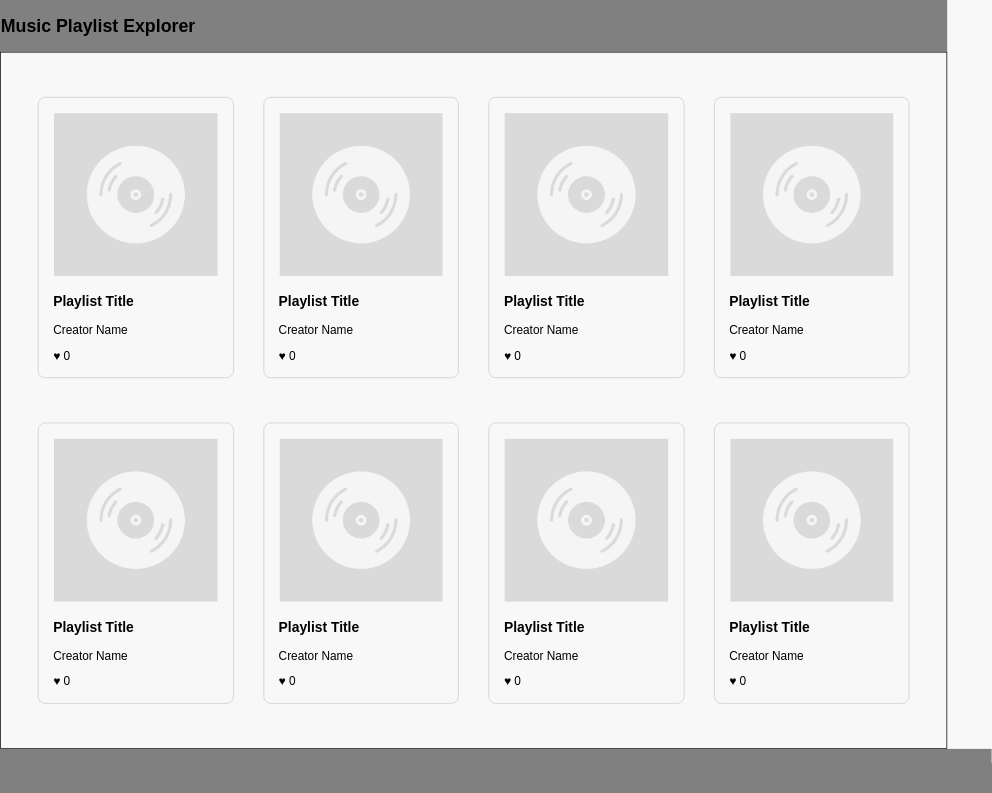
Repository: valentinaarojas/music-player-explorer
Page: index.html
The author's editor kept a copy of each file at every save. The page is drawn from the files as they stood at one save, then again after the next save.
The browser window is 1280 px wide. The page is 1340 px wide, so the pictures cover 1340 px, including what lies to the right of the window. The pictures show the whole page, at 74% of full size.

Above is the page before, as saved 2025-02-19 18:33:26.

### index.html
<!DOCTYPE html>
<html lang="en">
<head>
    <meta charset="UTF-8">
    <meta name="viewport" content="width=device-width, initial-scale=1.0">

    <title>Music Playlist Explorer</title>
    <link rel="icon" type="image/x-icon" href="/images/favicon.ico">

    <link rel="stylesheet" href="style.css">
</head>
<body>
    <header>
        <!-- Your header content here -->
        <div class="banner">
            <h2>Music Playlist Explorer</h2>
        </div>
    </header>

    <main>
        <!-- Your main content here -->
        <div class="playlist-cards">
            <!-- card 1 -->
            <div class="playlist-card">
                <div class="playlist-cover">
                    <img src="assets/img/playlist.png" alt="placeholder" style="width: 100%">
                </div>
                <div class="playlist-info">
                    <h3 class="playlist-title">Playlist Title</h3>
                    <p class="creator-info">Creator Name</p>
                    <div class="like-count">
                        <span>♥</span>
                        <span>0</span>
                    </div>
                </div>
            </div>
            <!-- card 2 -->
            <div class="playlist-card">
                <div class="playlist-cover">
                    <img src="assets/img/playlist.png" alt="placeholder" style="width: 100%">
                </div>
                <div class="playlist-info">
                    <h3 class="playlist-title">Playlist Title</h3>
                    <p class="creator-info">Creator Name</p>
                    <div class="like-count">
                        <span>♥</span>
                        <span>0</span>
                    </div>
                </div>
            </div>
            <!-- card 3 -->
            <div class="playlist-card">
                <div class="playlist-cover">
                    <img src="assets/img/playlist.png" alt="placeholder" style="width: 100%">
                </div>
                <div class="playlist-info">
                    <h3 class="playlist-title">Playlist Title</h3>
                    <p class="creator-info">Creator Name</p>
                    <div class="like-count">
                        <span>♥</span>
                        <span>0</span>
                    </div>
                </div>
            </div>
            <!-- card 4 -->
            <div class="playlist-card">
                <div class="playlist-cover">
                    <img src="assets/img/playlist.png" alt="placeholder" style="width: 100%">
                </div>
                <div class="playlist-info">
                    <h3 class="playlist-title">Playlist Title</h3>
                    <p class="creator-info">Creator Name</p>
                    <div class="like-count">
                        <span>♥</span>
                        <span>0</span>
                    </div>
                </div>
            </div>
            <!-- card 5 -->
            <div class="playlist-card">
                <div class="playlist-cover">
                    <img src="assets/img/playlist.png" alt="placeholder" style="width: 100%">
                </div>
                <div class="playlist-info">
                    <h3 class="playlist-title">Playlist Title</h3>
                    <p class="creator-info">Creator Name</p>
                    <div class="like-count">
                        <span>♥</span>
                        <span>0</span>
                    </div>
                </div>
            </div>
            <!-- card 6 -->
            <div class="playlist-card">
                <div class="playlist-cover">
                    <img src="assets/img/playlist.png" alt="placeholder" style="width: 100%">
                </div>
                <div class="playlist-info">
                    <h3 class="playlist-title">Playlist Title</h3>
                    <p class="creator-info">Creator Name</p>
                    <div class="like-count">
                        <span>♥</span>
                        <span>0</span>
                    </div>
                </div>
            </div>
             <!-- card 7 -->
             <div class="playlist-card">
                <div class="playlist-cover">
                    <img src="assets/img/playlist.png" alt="placeholder" style="width: 100%">
                </div>
                <div class="playlist-info">
                    <h3 class="playlist-title">Playlist Title</h3>
                    <p class="creator-info">Creator Name</p>
                    <div class="like-count">
                        <span>♥</span>
                        <span>0</span>
                    </div>
                </div>
            </div>
             <!-- card 8 -->
             <div class="playlist-card">
                <div class="playlist-cover">
                    <img src="assets/img/playlist.png" alt="placeholder" style="width: 100%">
                </div>
                <div class="playlist-info">
                    <h3 class="playlist-title">Playlist Title</h3>
                    <p class="creator-info">Creator Name</p>
                    <div class="like-count">
                        <span>♥</span>
                        <span>0</span>
                    </div>
                </div>
            </div>
        </div>
    </main>

    <!-- modal structure -->
    <div class="modal-overlay">
        <div class="modal-content">
            <span class="close">&times;</span>
            <img id="modal-playlist-image" src="" alt="Playlist Cover">
            <h1 id="modal-playlist-title">Playlist Title</h1>
            <p id="modal-creator-name">Creator Name</p>
            <div id="songs-list">
                <!-- songs will be dynamically inserted here -->
            </div>
        </div>
    </div>

    <footer>
        <!-- Your footer content here -->
    </footer>
    <script src="data/data.js"></script>
    <script src="script.js"></script>
</body>
</html>

### style.css
body {
    font-family: 'Arial', sans-serif;
    margin: 0;
    left: 0;
    right: 0;
    padding: 0;
    background-color: #f8f8f8;
    width: 100%;
}

.banner {
    background-color: grey;
    padding: 1px;
}

.playlist-cards {
    display: grid;
    grid-template-columns: repeat(4, 1fr);
    padding: 30px;
    border: 1px solid rgb(0, 0, 0);
}

.playlist-card {
    padding: 20px;
    margin: 30px 20px;
    border-radius: 10px;
    border: 1px solid #ccc;
}

.playlist-cover {
    padding: 1px;
}

.modal-overlay {
    display: none; /* Hidden by default */
    position: fixed; /* Stay in place */
    z-index: 1; /* Sit on top */
    left: 0;
    top: 0;
    width: 100%; /* Full width */
    height: 100%; /* Full height */
    overflow: auto; /* Enable scroll if needed */
    background-color: rgba(0,0,0,0.4); /* Black w/ opacity */
 }
 .modal-content {
    background-color: #fefefe;
    margin: 15% auto; /* 15% from the top and centered */
    padding: 10px;
    border: 1px solid #888;
    width: 80%; /* Could be more or less, depending on screen size */
 }
 .close {
    color: #aaa;
    float: right;
    font-size: 28px;
    font-weight: bold;
 }
 .close:hover,
 .close:focus {
    color: black;
    text-decoration: none;
    cursor: pointer;
 }

footer {
    background-color: grey;
    padding: 30px;
    width: 100%;
}

### data/data.js
let data = { "playlists": [
    {
      "playlistID": 0,
      "playlist_name": "Late Night Drive",
      "playlist_creator": "Melody Maven",
      "playlist_art": "https://picsum.photos/id/36/200",
      "likeCount": 0,
      "songs": [
        {
          "songID": 0,
          "title": "Nightcall",
          "artist": "Kavinsky",
          "album": "Nightcall",
          "cover_art": "https://picsum.photos/id/43/200",
          "duration": "4:18"
        },
        {
          "songID": 1,
          "title": "Drive",
          "artist": "The Cars",
          "album": "Heartbeat City",
          "cover_art": "https://picsum.photos/id/45/200",
          "duration": "3:55"
        },
        {
          "songID": 2,
          "title": "Cruisin'",
          "artist": "Smokey Robinson",
          "album": "One Heartbeat",
          "cover_art": "https://picsum.photos/id/88/200",
          "duration": "4:30"
        },
        {
          "songID": 3,
          "title": "Night Moves",
          "artist": "Bob Seger",
          "album": "Night Moves",
          "cover_art": "https://picsum.photos/id/84/200",
          "duration": "5:25"
        },
        {
          "songID": 4,
          "title": "Moonlight Drive",
          "artist": "The Doors",
          "album": "Strange Days",
          "cover_art": "https://picsum.photos/id/122/200",
          "duration": "3:04"
        }
      ]
    },
    {
      "playlistID": 1,
      "playlist_name": "That Summer '16 Feeling",
      "playlist_creator": "Groove Guardian",
      "playlist_art": "https://picsum.photos/id/117/200",
      "likeCount": 10,
      "songs": [
        {
          "songID": 5,
          "title": "One Dance",
          "artist": "Drake",
          "album": "Views",
          "cover_art": "https://picsum.photos/id/21/200",
          "duration": "2:53"
        },
        {
          "songID": 6,
          "title": "Cheap Thrills",
          "artist": "Sia",
          "album": "This Is Acting",
          "cover_art": "https://picsum.photos/id/56/200",
          "duration": "3:31"
        },
        {
          "songID": 7,
          "title": "Don't Let Me Down",
          "artist": "The Chainsmokers ft. Daya",
          "album": "Collage",
          "cover_art": "https://picsum.photos/id/145/200",
          "duration": "3:28"
        },
        {
          "songID": 8,
          "title": "This Is What You Came For",
          "artist": "Calvin Harris ft. Rihanna",
          "album": "This Is What You Came For",
          "cover_art": "https://picsum.photos/id/160/200",
          "duration": "3:42"
        },
        {
          "songID": 9,
          "title": "Ride",
          "artist": "Twenty One Pilots",
          "album": "Blurryface",
          "cover_art": "https://picsum.photos/id/133/200",
          "duration": "3:34"
        }
      ]
    },
    {
      "playlistID": 2,
      "playlist_name": "Workout Beats",
      "playlist_creator": "Harmony Herald",
      "playlist_art": "https://picsum.photos/id/1077/200",
      "likeCount": 2,
      "songs": [
        {
          "songID": 10,
          "title": "Eye of the Tiger",
          "artist": "Survivor",
          "album": "Eye of the Tiger",
          "cover_art": "https://picsum.photos/id/593/200",
          "duration": "4:05"
        },
        {
          "songID": 11,
          "title": "Stronger",
          "artist": "Kanye West",
          "album": "Graduation",
          "cover_art": "https://picsum.photos/id/169/200",
          "duration": "5:12"
        },
        {
          "songID": 12,
          "title": "Lose Yourself",
          "artist": "Eminem",
          "album": "8 Mile Soundtrack",
          "cover_art": "https://picsum.photos/id/171/200",
          "duration": "5:26"
        },
        {
          "songID": 13,
          "title": "Uptown Funk",
          "artist": "Mark Ronson ft. Bruno Mars",
          "album": "Uptown Special",
          "cover_art": "https://picsum.photos/id/274/200",
          "duration": "4:30"
        },
        {
          "songID": 14,
          "title": "Can't Stop the Feeling!",
          "artist": "Justin Timberlake",
          "album": "Trolls (Original Motion Picture Soundtrack)",
          "cover_art": "https://picsum.photos/id/304/200",
          "duration": "3:56"
        }
      ]
    },
    {
      "playlistID": 3,
      "playlist_name": "Road Trip Anthems",
      "playlist_creator": "Playlist Pioneer",
      "playlist_art": "https://picsum.photos/id/314/200",
      "likeCount": 5,
      "songs": [
        {
          "songID": 15,
          "title": "Life Is a Highway",
          "artist": "Tom Cochrane",
          "album": "Mad Mad World",
          "cover_art": "https://picsum.photos/id/352/200",
          "duration": "4:26"
        },
        {
          "songID": 16,
          "title": "Born to Run",
          "artist": "Bruce Springsteen",
          "album": "Born to Run",
          "cover_art": "https://picsum.photos/id/361/200",
          "duration": "4:30"
        },
        {
          "songID": 17,
          "title": "Take It Easy",
          "artist": "Eagles",
          "album": "Eagles",
          "cover_art": "https://picsum.photos/id/365/200",
          "duration": "3:31"
        },
        {
          "songID": 18,
          "title": "Route 66",
          "artist": "Chuck Berry",
          "album": "Get Your Kicks on Route 66",
          "cover_art": "https://picsum.photos/id/371/200",
          "duration": "2:53"
        },
        {
          "songID": 19,
          "title": "On the Road Again",
          "artist": "Willie Nelson",
          "album": "Honeysuckle Rose",
          "cover_art": "https://picsum.photos/id/382/200",
          "duration": "2:33"
        }
      ]
    },
    {
      "playlistID": 4,
      "playlist_name": "Boss Chick Energy",
      "playlist_creator": "Tempo Tactician",
      "playlist_art": "https://picsum.photos/id/449/200",
      "likeCount": 0,
      "songs": [
        {
          "songID": 20,
          "title": "Run the World (Girls)",
          "artist": "Beyoncé",
          "album": "4",
          "cover_art": "https://picsum.photos/id/550/200",
          "duration": "3:56"
        },
        {
          "songID": 21,
          "title": "I'm Every Woman",
          "artist": "Chaka Khan",
          "album": "Chaka",
          "cover_art": "https://picsum.photos/id/646/200",
          "duration": "4:07"
        },
        {
          "songID": 22,
          "title": "Independent Women, Pt. 1",
          "artist": "Destiny's Child",
          "album": "Survivor",
          "cover_art": "https://picsum.photos/id/660/200",
          "duration": "3:41"
        },
        {
          "songID": 23,
          "title": "Confident",
          "artist": "Demi Lovato",
          "album": "Confident",
          "cover_art": "https://picsum.photos/id/680/200",
          "duration": "3:25"
        },
        {
          "songID": 24,
          "title": "Feeling Myself",
          "artist": "Nicki Minaj ft. Beyoncé",
          "album": "The Pinkprint",
          "cover_art": "https://picsum.photos/id/822/200",
          "duration": "3:57"
        }
      ]
    },
    {
      "playlistID": 5,
      "playlist_name": "Rainy Nights",
      "playlist_creator": "Sonic Sage",
      "playlist_art": "https://picsum.photos/id/115/200",
      "likeCount": 24,
      "songs": [
        {
          "songID": 25,
          "title": "Purple Rain",
          "artist": "Prince",
          "album": "Purple Rain",
          "cover_art": "https://picsum.photos/id/123/200",
          "duration": "8:41"
        },
        {
          "songID": 26,
          "title": "November Rain",
          "artist": "Guns N' Roses",
          "album": "Use Your Illusion I",
          "cover_art": "https://picsum.photos/id/171/200",
          "duration": "8:57"
        },
        {
          "songID": 27,
          "title": "Riders on the Storm",
          "artist": "The Doors",
          "album": "L.A. Woman",
          "cover_art": "https://picsum.photos/id/172/200",
          "duration": "7:14"
        },
        {
          "songID": 28,
          "title": "I Can't Stand the Rain",
          "artist": "Ann Peebles",
          "album": "I Can't Stand the Rain",
          "cover_art": "https://picsum.photos/id/178/200",
          "duration": "2:31"
        },
        {
          "songID": 29,
          "title": "Set Fire to the Rain",
          "artist": "Adele",
          "album": "21",
          "cover_art": "https://picsum.photos/id/680/200",
          "duration": "4:02"
        }
      ]
    },
    {
      "playlistID": 6,
      "playlist_name": "90's R&B",
      "playlist_creator": "Vinyl Virtuoso",
      "playlist_art": "https://picsum.photos/id/815/200",
      "likeCount": 3,
      "songs": [
        {
          "songID": 30,
          "title": "No Diggity",
          "artist": "Blackstreet ft. Dr. Dre",
          "album": "Another Level",
          "cover_art": "https://picsum.photos/id/856/200",
          "duration": "5:06"
        },
        {
          "songID": 31,
          "title": "Waterfalls",
          "artist": "TLC",
          "album": "CrazySexyCool",
          "cover_art": "https://picsum.photos/id/871/200",
          "duration": "4:39"
        },
        {
          "songID": 32,
          "title": "Creep",
          "artist": "TLC",
          "album": "CrazySexyCool",
          "cover_art": "https://picsum.photos/id/891/200",
          "duration": "4:29"
        },
        {
          "songID": 33,
          "title": "On Bended Knee",
          "artist": "Boyz II Men",
          "album": "II",
          "cover_art": "https://picsum.photos/id/1013/200",
          "duration": "4:05"
        },
        {
          "songID": 34,
          "title": "Fantasy",
          "artist": "Mariah Carey",
          "album": "Daydream",
          "cover_art": "https://picsum.photos/id/1014/200",
          "duration": "4:04"
        }
      ]
    },
    {
      "playlistID": 7,
      "playlist_name": "Nothing But The Classics",
      "playlist_creator": "Melody Maven",
      "playlist_art": "https://picsum.photos/id/22/200",
      "likeCount": 3,
      "songs": [
        {
          "songID": 35,
          "title": "Bohemian Rhapsody",
          "artist": "Queen",
          "album": "A Night at the Opera",
          "cover_art": "https://picsum.photos/id/39/200",
          "duration": "5:55"
        },
        {
          "songID": 36,
          "title": "Hotel California",
          "artist": "Eagles",
          "album": "Hotel California",
          "cover_art": "https://picsum.photos/id/57/200",
          "duration": "6:30"
        },
        {
          "songID": 37,
          "title": "Stairway to Heaven",
          "artist": "Led Zeppelin",
          "album": "Led Zeppelin IV",
          "cover_art": "https://picsum.photos/id/221/200",
          "duration": "8:02"
        },
        {
          "songID": 38,
          "title": "Sweet Child o' Mine",
          "artist": "Guns N' Roses",
          "album": "Appetite for Destruction",
          "cover_art": "https://picsum.photos/id/822/200",
          "duration": "5:55"
        },
        {
          "songID": 39,
          "title": "Imagine",
          "artist": "John Lennon",
          "album": "Imagine",
          "cover_art": "https://picsum.photos/id/823/200",
          "duration": "3:04"
        }
      ]
    },
    {
      "playlistID": 8,
      "playlist_name": "Ohh That Baseline",
      "playlist_creator": "Bassline Buddy",
      "playlist_art": "https://picsum.photos/id/836/200",
      "likeCount": 0,
      "songs": [
        {
          "songID": 40,
          "title": "Another One Bites the Dust",
          "artist": "Queen",
          "album": "The Game",
          "cover_art": "https://picsum.photos/id/839/200",
          "duration": "3:36"
        },
        {
          "songID": 41,
          "title": "Billie Jean",
          "artist": "Michael Jackson",
          "album": "Thriller",
          "cover_art": "https://picsum.photos/id/903/200",
          "duration": "4:54"
        },
        {
          "songID": 42,
          "title": "Superstition",
          "artist": "Stevie Wonder",
          "album": "Talking Book",
          "cover_art": "https://picsum.photos/id/978/200",
          "duration": "4:26"
        },
        {
          "songID": 43,
          "title": "Smooth Criminal",
          "artist": "Michael Jackson",
          "album": "Bad",
          "cover_art": "https://picsum.photos/id/1004/200",
          "duration": "4:17"
        },
        {
          "songID": 44,
          "title": "Money for Nothing",
          "artist": "Dire Straits",
          "album": "Brothers in Arms",
          "cover_art": "https://picsum.photos/id/1025/200",
          "duration": "8:26"
        }
      ]
    }
  ]
}

### script.js
var modal = document.getElementById("modal");
var span = document.getElementsByClassName("close")[0];

function openModal(festival) {
   document.getElementById('festivalName').innerText = festival.name;
   document.getElementById('festivalImage').src = festival.imageUrl;
   document.getElementById('festivalDates').innerText = `Dates: ${festival.dates}`;
   document.getElementById('festivalLocation').innerText = `Location: ${festival.location}`;
   document.getElementById('artistLineup').innerHTML = `<strong>Lineup:</strong> ${festival.lineup.join(', ')}`;
   modal.style.display = "block";
}

span.onclick = function() {
   modal.style.display = "none";
}
window.onclick = function(event) {
   if (event.target == modal) {
      modal.style.display = "none";
   }
}

After the next save:
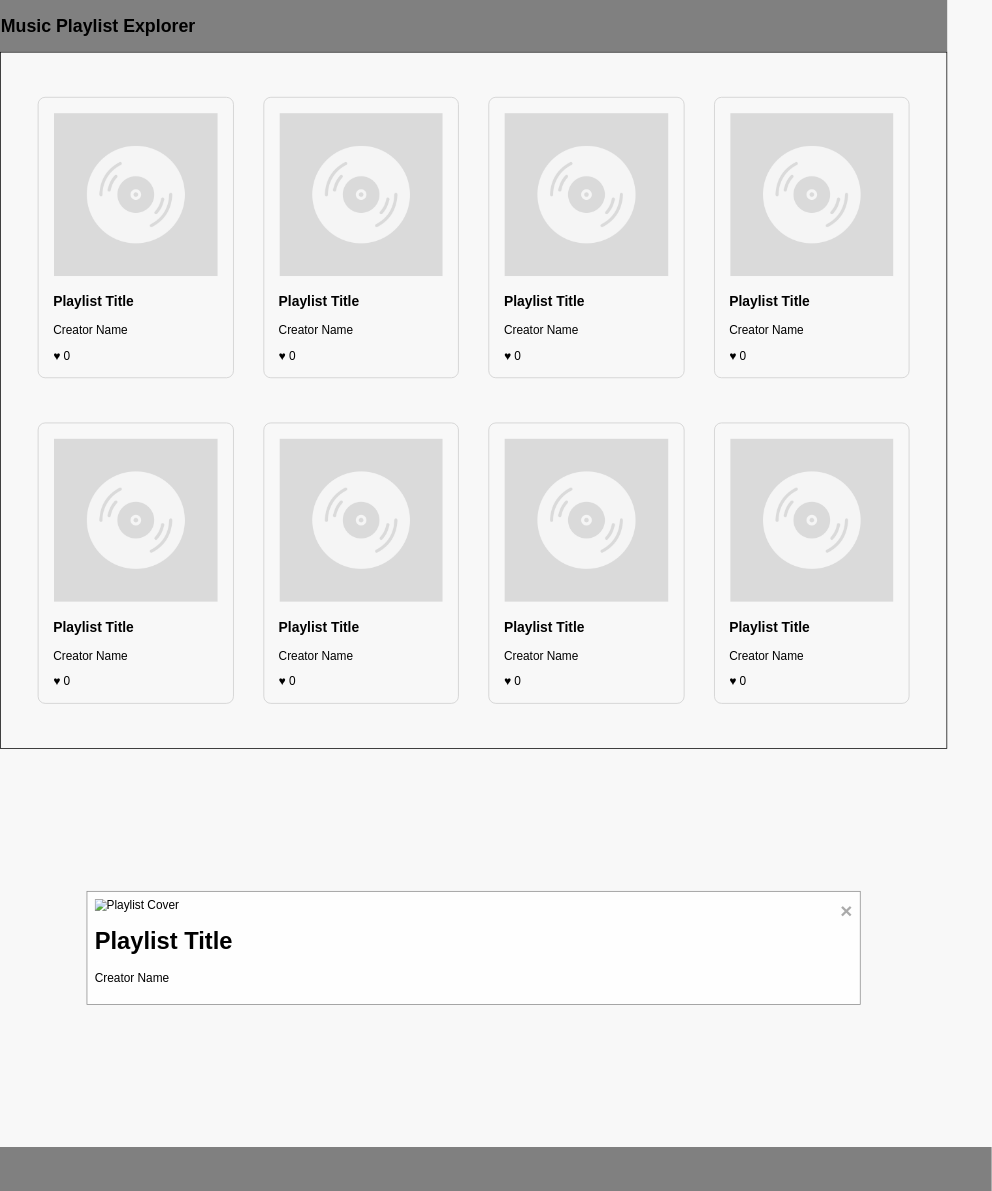
Saved 11 s later.
--- a/style.css
+++ b/style.css
@@ -31,7 +31,7 @@ body {
     padding: 1px;
 }
 
-.modal-overlay {
+.modal {
     display: none; /* Hidden by default */
     position: fixed; /* Stay in place */
     z-index: 1; /* Sit on top */

After the save that followed:
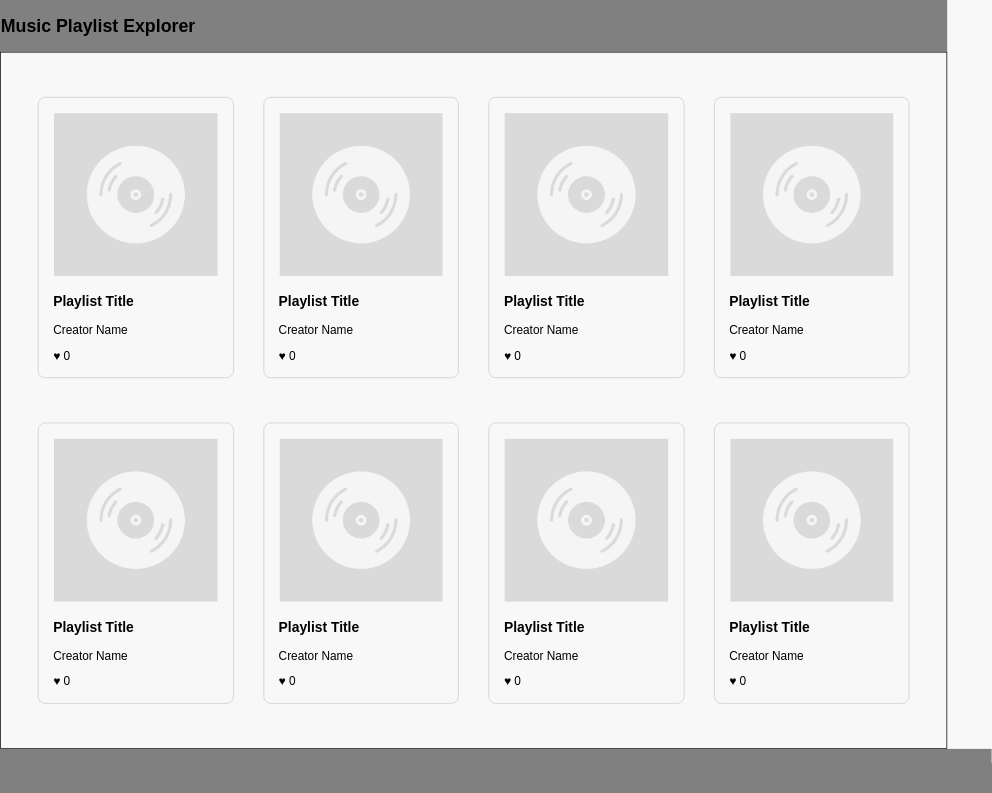
Saved 14 s later.
--- a/index.html
+++ b/index.html
@@ -136,17 +136,16 @@
     </main>
 
     <!-- modal structure -->
-    <div class="modal-overlay">
+    <div id="festivalModal" class="modal">
         <div class="modal-content">
-            <span class="close">&times;</span>
-            <img id="modal-playlist-image" src="" alt="Playlist Cover">
-            <h1 id="modal-playlist-title">Playlist Title</h1>
-            <p id="modal-creator-name">Creator Name</p>
-            <div id="songs-list">
-                <!-- songs will be dynamically inserted here -->
-            </div>
+           <span class="close">&times;</span>
+           <h1 id="festivalName"></h1>
+           <img id="festivalImage" src="" alt="Festival Image">
+           <p id="festivalDates"></p>
+           <p id="festivalLocation"></p>
+           <div id="artistLineup"></div>
         </div>
-    </div>
+     </div>
 
     <footer>
         <!-- Your footer content here -->
